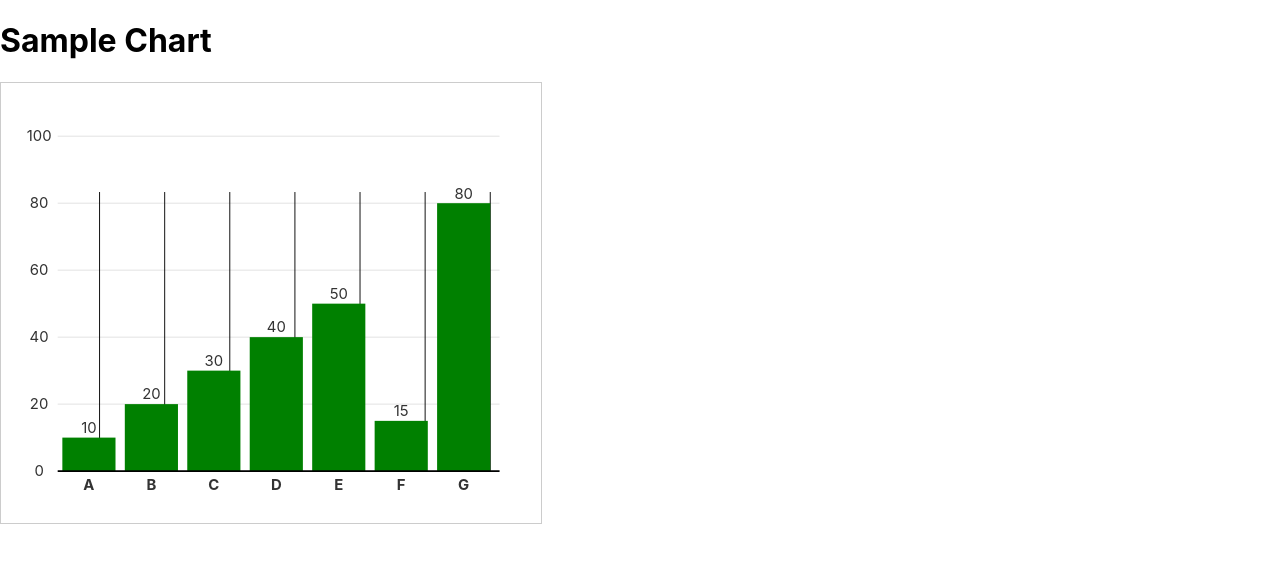
Repository: CaptainJang316/GChart
Page: /
These files come from the project's save history. The page is drawn as it stood at one moment and after a run of saves; the edit follows.
The browser window is 1280 px wide. The pictures show the whole page.
The project was rebuilt for these pictures with package versions that can differ from the ones it lists, and the page was loaded fresh each time. Also part of the build but not shown: src/App.css.

Above is the page before, as saved 2024-11-09 17:20:39.

After the next 2 saves:
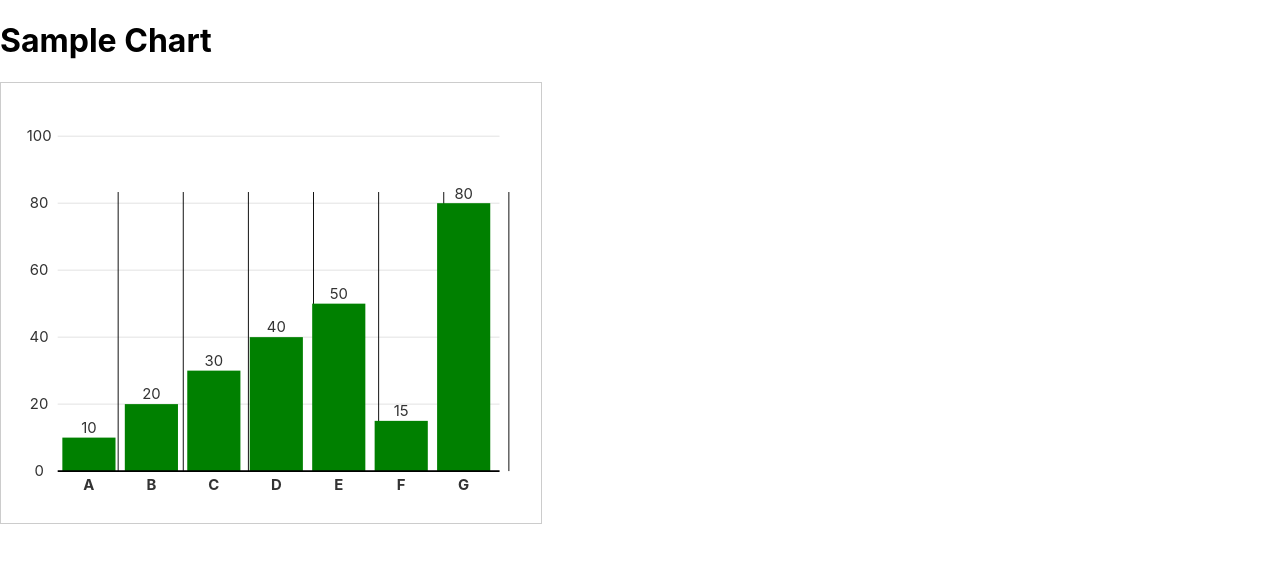
The 2 saves are shown as one change because they came seconds apart.
The last was saved 14 s later.
--- a/src/components/Chart/BarChart.tsx
+++ b/src/components/Chart/BarChart.tsx
@@ -61,9 +61,9 @@ const BarChart: React.FC<Option> = ({
                     {gridLines.vertical.map((el: { id: React.Key | null | undefined; x1: number ; y1: number ; x2: number ; y2: number; }, index: number) => (
                         <line
                             key={el.id}
-                            x1={el.x1 + 30}
+                            x1={el.x1 + 50}
                             y1={height}
-                            x2={el.x2 + 30}
+                            x2={el.x2 + 50}
                             y2={100}
                             stroke="black"
                             // strokeDasharray="4 4"
